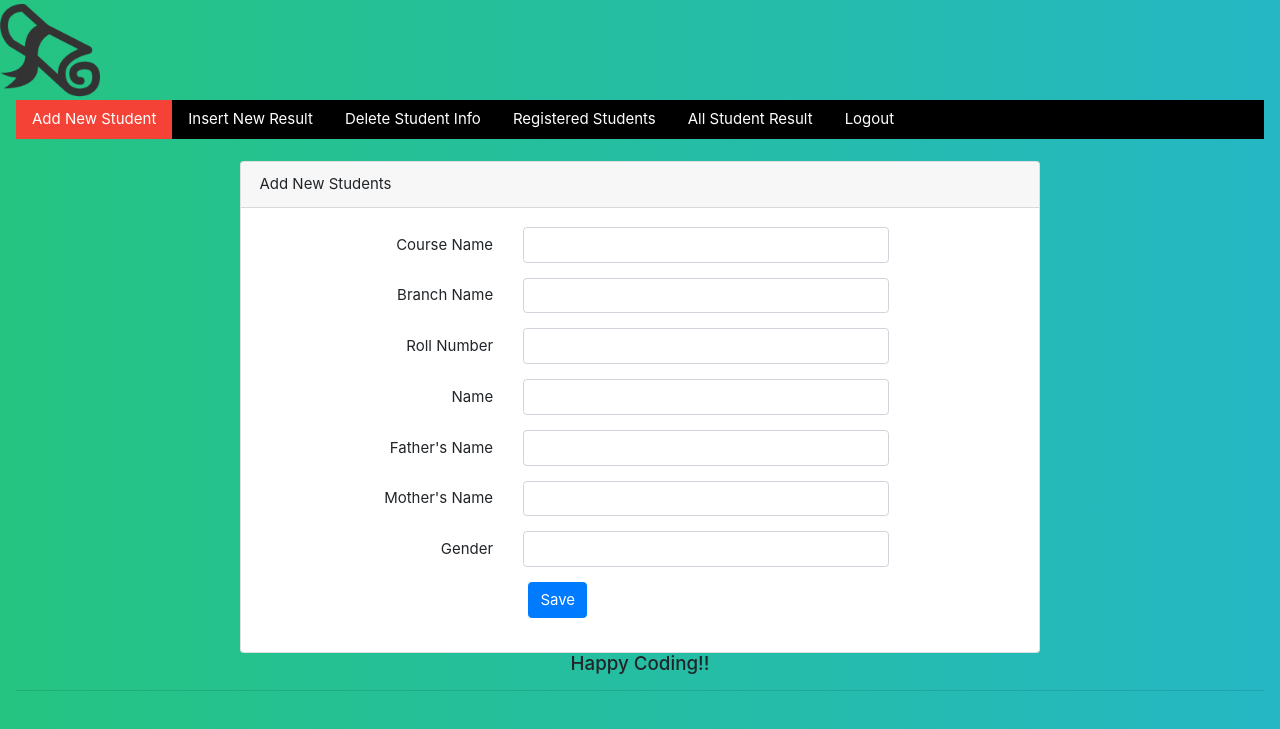
Repository: AlkaDas991/Dbms
Page: http://localhost/Student_Record_Management/adminHome.jsp
The author's editor kept a copy of each file at every save. The page is drawn from the files as they stood at one save, then again after the next save.
The browser window is 1280 px wide. The pictures show the whole page.
Some web fonts or font styles are not loaded; a fallback is used. Some web libraries are served in a nearby version. The page is served by Tomcat 9. Other server files are loaded and not shown. Queries for data that is not in the repository find no rows.

Above is the page before, as saved 2021-03-13 03:54:41.
Console error: TypeError: Cannot read properties of undefined (reading 'fn')

### Student Record Management/WebContent/adminHome.jsp
<%@include file="header.html"%>
<!DOCTYPE html>
<html>
<title>IIIT,BBSR</title>
<body>
<img src="logo.png"  align="left"width="100" height="100">
<div class="w3-container">
  <div class="w3-bar w3-black">
    <button class="w3-bar-item w3-button tablink w3-red" onclick="openCity(event,'London')">Add New Student</button>
    <button class="w3-bar-item w3-button tablink" onclick="openCity(event,'Paris')">Insert New Result</button>
    <button class="w3-bar-item w3-button tablink" onclick="openCity(event,'Singapore')">Delete Student Info</button>
    <button class="w3-bar-item w3-button tablink" onclick="openCity(event,'Tokyo')">Registered Students</button>
     <button class="w3-bar-item w3-button tablink" onclick="openCity(event,'Tokyo1')">All Student Result</button>
     <a href="adminLogin.jsp" class="w3-bar-item w3-button tablink">Logout</a>
  </div>

  <div id="London" class="w3-container city">
  <br>
   <link href="//maxcdn.bootstrapcdn.com/bootstrap/4.1.1/css/bootstrap.min.css" rel="stylesheet" id="bootstrap-css">
<script src="//maxcdn.bootstrapcdn.com/bootstrap/4.1.1/js/bootstrap.min.js"></script>
<script src="//cdnjs.cloudflare.com/ajax/libs/jquery/3.2.1/jquery.min.js"></script>
<!------ Alright Include the above in your HEAD tag ---------->

<!doctype html>
<html lang="en">
<head>
    <!--OK Required meta tags -->
    <meta charset="utf-8">
    <meta name="viewport" content="width=device-width, initial-scale=1, shrink-to-fit=no">

    <!-- Fonts -->
    <link rel="dns-prefetch" href="https://fonts.gstatic.com">
    <link href="https://fonts.googleapis.com/css?family=Raleway:300,400,600" rel="stylesheet" type="text/css">



    <link rel="icon" href="Favicon.png">

    <!-- Bootstrap CSS -->
    <link rel="stylesheet" href="https://stackpath.bootstrapcdn.com/bootstrap/4.1.3/css/bootstrap.min.css">
</head>
<body>
<main class="my-form">
    <div class="cotainer">
        <div class="row justify-content-center">
            <div class="col-md-8">
                    <div class="card">
                        <div class="card-header">Add New Students</div>
                        <div class="card-body">
                            <form name="my-form" onsubmit="return validform()" action="addNewStudent.jsp" method="post">
                                <div class="form-group row">
                                    <label for="full_name" class="col-md-4 col-form-label text-md-right">Course Name</label>
                                    <div class="col-md-6">
                                        <input type="text"  class="form-control" name="course">
                                    </div>
                                </div>

                                <div class="form-group row">
                                    <label for="email_address" class="col-md-4 col-form-label text-md-right">Branch Name</label>
                                    <div class="col-md-6">
                                        <input type="text"  class="form-control" name="branch">
                                    </div>
                                </div>

                                <div class="form-group row">
                                    <label for="user_name" class="col-md-4 col-form-label text-md-right">Roll Number</label>
                                    <div class="col-md-6">
                                        <input type="text" class="form-control" name="rollNo">
                                    </div>
                                </div>

                                <div class="form-group row">
                                    <label for="phone_number" class="col-md-4 col-form-label text-md-right">Name</label>
                                    <div class="col-md-6">
                                        <input type="text"  class="form-control" name="name">
                                    </div>
                                </div>

                                <div class="form-group row">
                                    <label for="present_address" class="col-md-4 col-form-label text-md-right">Father's Name</label>
                                    <div class="col-md-6">
                                        <input type="text"  class="form-control" name="fatherName">
                                    </div>
                                </div>

                                <div class="form-group row">
                                    <label for="present_address" class="col-md-4 col-form-label text-md-right">Mother's Name</label>
                                    <div class="col-md-6">
                                        <input type="text"  class="form-control" name="motherName">
                                    </div>
                                </div>

                                <div class="form-group row">
                                    <label for="permanent_address" class="col-md-4 col-form-label text-md-right">Gender</label>
                                    <div class="col-md-6">
                                        <input type="text" class="form-control" name="gender">
                                    </div>
                                </div>

                                    <div class="col-md-6 offset-md-4">
                                        <button type="submit" class="btn btn-primary">
                                        Save
                                        </button>
                                    </div>

                            </form>
                        </div>
                    </div>
            </div>
        </div>
    </div>
</main>

<script src="https://code.jquery.com/jquery-3.3.1.slim.min.js"></script>
<script src="https://cdnjs.cloudflare.com/ajax/libs/popper.js/1.14.3/umd/popper.min.js"></script>
<script src="https://stackpath.bootstrapcdn.com/bootstrap/4.1.3/js/bootstrap.min.js"></script>
</body>
  </div>
<!-- 2rd part -->

  <div id="Paris" class="w3-container city" style="display:none">
  <br>
  <link href="//maxcdn.bootstrapcdn.com/bootstrap/4.1.1/css/bootstrap.min.css" rel="stylesheet" id="bootstrap-css">
<script src="//maxcdn.bootstrapcdn.com/bootstrap/4.1.1/js/bootstrap.min.js"></script>
<script src="//cdnjs.cloudflare.com/ajax/libs/jquery/3.2.1/jquery.min.js"></script>
<!------ Include the above in your HEAD tag ---------->

<!doctype html>
<html lang="en">
<head>
    <!-- Required meta tags -->
    <meta charset="utf-8">
    <meta name="viewport" content="width=device-width, initial-scale=1, shrink-to-fit=no">

    <!-- Fonts -->
    <link rel="dns-prefetch" href="https://fonts.gstatic.com">
    <link href="https://fonts.googleapis.com/css?family=Raleway:300,400,600" rel="stylesheet" type="text/css">



    <link rel="icon" href="Favicon.png">

    <!-- Bootstrap CSS -->
    <link rel="stylesheet" href="https://stackpath.bootstrapcdn.com/bootstrap/4.1.3/css/bootstrap.min.css">

</head>
<body>
<main class="my-form">
    <div class="cotainer">
        <div class="row justify-content-center">
            <div class="col-md-8">
                    <div class="card">
                        <div class="card-header">Insert New Result</div>
                        <div class="card-body">
                            <form name="my-form" onsubmit="return validform()" action="insertNewResult.jsp" method="post">
                                <div class="form-group row">
                                    <label for="full_name" class="col-md-4 col-form-label text-md-right">Roll Number</label>
                                    <div class="col-md-6">
                                        <input type="text"class="form-control" name="rollNo">
                                    </div>
                                </div>

                                <div class="form-group row">
                                    <label for="email_address" class="col-md-4 col-form-label text-md-right">DAA</label>
                                    <div class="col-md-6">
                                        <input type="text"  class="form-control" name="DAA">
                                    </div>
                                </div>

                                <div class="form-group row">
                                    <label for="user_name" class="col-md-4 col-form-label text-md-right">DBMS</label>
                                    <div class="col-md-6">
                                        <input type="text"  class="form-control" name="DBMS">
                                    </div>
                                </div>

                                <div class="form-group row">
                                    <label for="phone_number" class="col-md-4 col-form-label text-md-right">COA</label>
                                    <div class="col-md-6">
                                        <input type="text"  class="form-control" name="COA">
                                    </div>
                                </div>

                                <div class="form-group row">
                                    <label for="present_address" class="col-md-4 col-form-label text-md-right">Discrete Maths</label>
                                    <div class="col-md-6">
                                        <input type="text"  class="form-control" name="DM">
                                    </div>
                                </div>

                                <div class="form-group row">
                                    <label for="permanent_address" class="col-md-4 col-form-label text-md-right">AMC</label>
                                    <div class="col-md-6">
                                        <input type="text"  class="form-control" name="AMC">
                                    </div>
                                </div>

                                 <div class="form-group row">
                                    <label for="permanent_address" class="col-md-4 col-form-label text-md-right">Communication Skills</label>
                                    <div class="col-md-6">
                                        <input type="text"  class="form-control" name="CS">
                                    </div>
                                </div>


                                    <div class="col-md-6 offset-md-4">
                                        <button type="submit" class="btn btn-primary">
                                       Save
                                        </button>
                                    </div>

                            </form>
                        </div>
                    </div>
            </div>
        </div>
        <br>
    </div>

</main>

<script src="https://code.jquery.com/jquery-3.3.1.slim.min.js"></script>
<script src="https://cdnjs.cloudflare.com/ajax/libs/popper.js/1.14.3/umd/popper.min.js"></script>
<script src="https://stackpath.bootstrapcdn.com/bootstrap/4.1.3/js/bootstrap.min.js"></script>
</body>
</html>
  </div>

 <div id="Singapore" class="w3-container  city" style="display:none">
  <br>
  <link href="//maxcdn.bootstrapcdn.com/bootstrap/4.1.1/css/bootstrap.min.css" rel="stylesheet" id="bootstrap-css">
<script src="//maxcdn.bootstrapcdn.com/bootstrap/4.1.1/js/bootstrap.min.js"></script>
<script src="//cdnjs.cloudflare.com/ajax/libs/jquery/3.2.1/jquery.min.js"></script>
<!------ Include the above in your HEAD tag ---------->

<!doctype html>
<html lang="en">
<head>
    <!-- Required meta tags -->
    <meta charset="utf-8">
    <meta name="viewport" content="width=device-width, initial-scale=1, shrink-to-fit=no">

    <!-- Fonts -->
    <link rel="dns-prefetch" href="https://fonts.gstatic.com">
    <link href="https://fonts.googleapis.com/css?family=Raleway:300,400,600" rel="stylesheet" type="text/css">



    <link rel="icon" href="Favicon.png">

    <!-- Bootstrap CSS -->
    <link rel="stylesheet" href="https://stackpath.bootstrapcdn.com/bootstrap/4.1.3/css/bootstrap.min.css">

</head>
<body>
<main class="my-form">
    <div class="cotainer">
        <div class="row justify-content-center">
            <div class="col-md-8">
                    <div class="card">
                        <div class="card-header">Delete Student Info</div>
                        <div class="card-body">
                            <form name="my-form" onsubmit="return validform()" action="deleteStudent.jsp" method="post">
                                <div class="form-group row">
                                    <label for="full_name" class="col-md-4 col-form-label text-md-right">Name</label>
                                    <div class="col-md-6">
                                        <input type="text"class="form-control" name="name">
                                    </div>
                                </div>

                                <div class="form-group row">
                                    <label for="full_name" class="col-md-4 col-form-label text-md-right">RollNo</label>
                                    <div class="col-md-6">
                                        <input type="text"  class="form-control" name="rollNo">
                                    </div>
                                </div>


                                    <div class="col-md-6 offset-md-4">
                                        <button type="submit" class="btn btn-primary">
                                       Save
                                        </button>
                                    </div>

                            </form>
                        </div>
                    </div>
            </div>
        </div>
        <br>
    </div>

</main>

<script src="https://code.jquery.com/jquery-3.3.1.slim.min.js"></script>
<script src="https://cdnjs.cloudflare.com/ajax/libs/popper.js/1.14.3/umd/popper.min.js"></script>
<script src="https://stackpath.bootstrapcdn.com/bootstrap/4.1.3/js/bootstrap.min.js"></script>
</body>
</html>
  </div>

  <div id="Tokyo" class="w3-container city" style="display:none">

<section>
  <!--for demo wrap-->
  <div class="tbl-header">
    <table cellpadding="0" cellspacing="0" border="0">
      <thead>
        <tr>
         <th>Course Name</th>
          <th>Branch Name</th>
          <th>Roll Number</th>
          <th>Name</th>
          <th>Father Name</th>
          <th>Gender</th>
        </tr>
      </thead>
    </table>
  </div>
  <div class="tbl-content">
    <table cellpadding="0" cellspacing="0" border="0">
      <tbody>
      	<%@page import = "Project.ConnectionProvider" %>
      	<%@page import = "java.sql.*" %>
      	<%
      		try{
      			Connection con = ConnectionProvider.getCon();
      			Statement st = con.createStatement();
      			ResultSet rs = st.executeQuery("select * from student");
      			while(rs.next()){

      	%>
        <tr>
        <!--get values from each column  -->
          <td><%=rs.getString(1)%></td>
          <td><%=rs.getString(2)%></td>
          <td><%=rs.getString(3)%></td>
          <td><%=rs.getString(4)%></td>
          <td><%=rs.getString(5)%></td>
          <td><%=rs.getString(6)%></td>
        </tr>
      </tbody>
      <%}}
      	catch(Exception e){

      	}
      %>
    </table>
  </div>
</section>
</div>
<div id="Tokyo1" class="w3-container city" style="display:none">

<section>
  <!--for demo wrap-->
  <div class="tbl-header">
    <table cellpadding="0" cellspacing="0" border="0">
      <thead>
        <tr>
          <th>Roll Number</th>
          <th>DAA</th>
          <th>DBMS</th>
          <th>COA</th>
          <th>DM</th>
          <th>AMC</th>
          <th>CS</th>
        </tr>
      </thead>
    </table>
  </div>
  <div class="tbl-content">
    <table cellpadding="0" cellspacing="0" border="0">
      <tbody>
      <%@page import = "Project.ConnectionProvider" %>
      <%@page import = "java.sql.*" %>
      <%
      	try{
      		Connection con = ConnectionProvider.getCon();
    		Statement st = con.createStatement();
    		ResultSet rs = st.executeQuery("select * from result");
      		while(rs.next()){
      %>
        <tr>
          <td><%=rs.getString(1)%></td>
          <td><%=rs.getString(2)%></td>
          <td><%=rs.getString(3)%></td>
          <td><%=rs.getString(4)%></td>
          <td><%=rs.getString(5)%></td>
          <td><%=rs.getString(6)%></td>
          <td><%=rs.getString(7)%></td>
        </tr>
      <%}}
      catch(Exception e){}
      %>
      </tbody>
    </table>
  </div>
</section>

</div>
<center><h5>Happy Coding!!</h5></center>
  <hr class="new1">
<br>
</body>
</html>

### Student Record Management/src/Project/ConnectionProvider.java
package Project;
import java.sql.*;
public class ConnectionProvider {
	public static Connection getCon() {
		try {
			Class.forName("oracle.jdbc.driver.OracleDriver");
			Connection con = DriverManager.getConnection("jdbc:oracle:thin:@localhost:1521:XE","system","manager");
			return con;
		}
		catch(Exception e){
			System.out.println(e);
			return null;
		}
	}
}

Loaded but not shown: Student Record Management/WebContent/header.html (355 lines, source omitted)

After the next save:
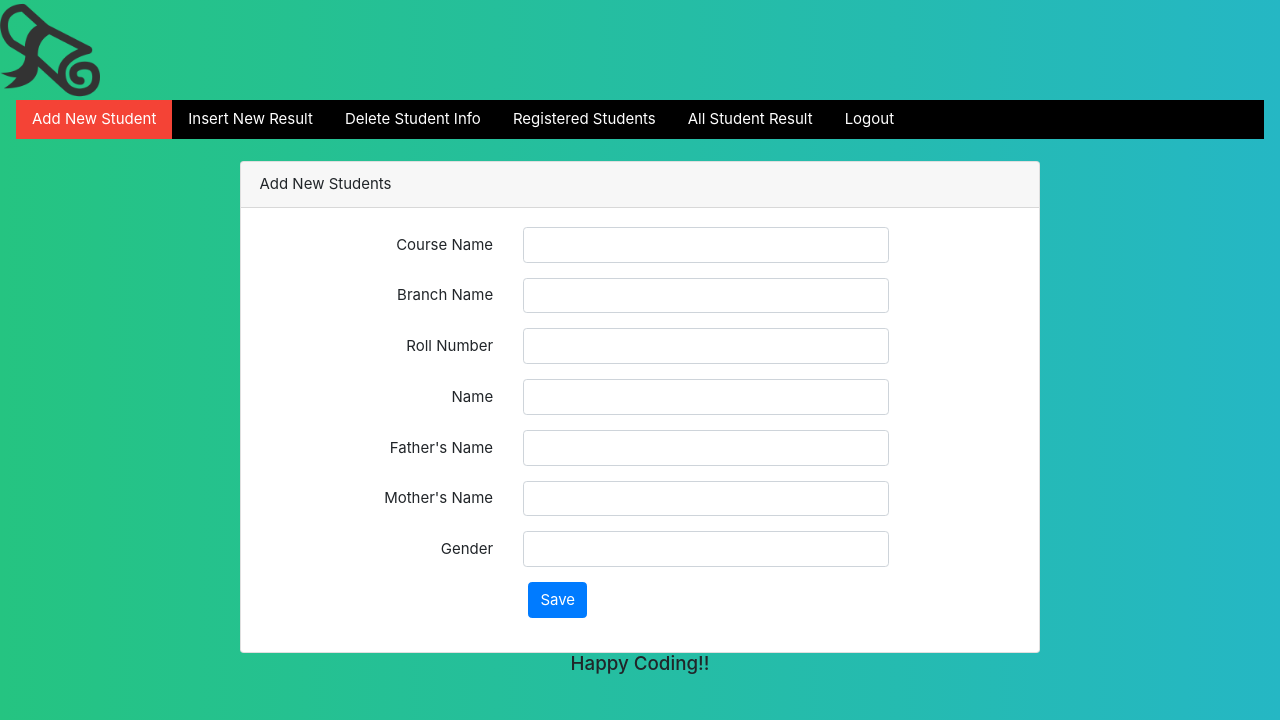
Saved 5 s later.
--- a/Student Record Management/WebContent/adminHome.jsp
+++ b/Student Record Management/WebContent/adminHome.jsp
@@ -399,7 +399,6 @@
 
 </div>
 <center><h5>Happy Coding!!</h5></center>
-  <hr class="new1">
 <br>
 </body>
 </html>
